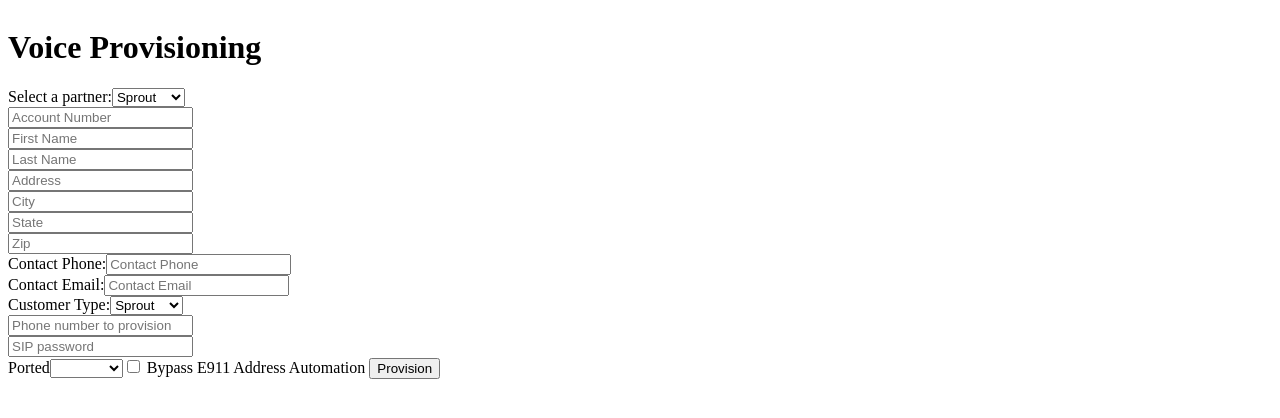
Repository: smallchungus/logiccom
Page: /
An editor plug-in stored every save of this project. The page is shown before and after the next save, followed by the edit.
The browser window is 1280 px wide. The pictures show the whole page.
The project was rebuilt for these pictures with package versions that can differ from the ones it lists, and the page was loaded fresh each time. Also part of the build but not shown: vite.config.ts.

Above is the page before, as saved 2023-05-04 11:13:30.

After the next save:
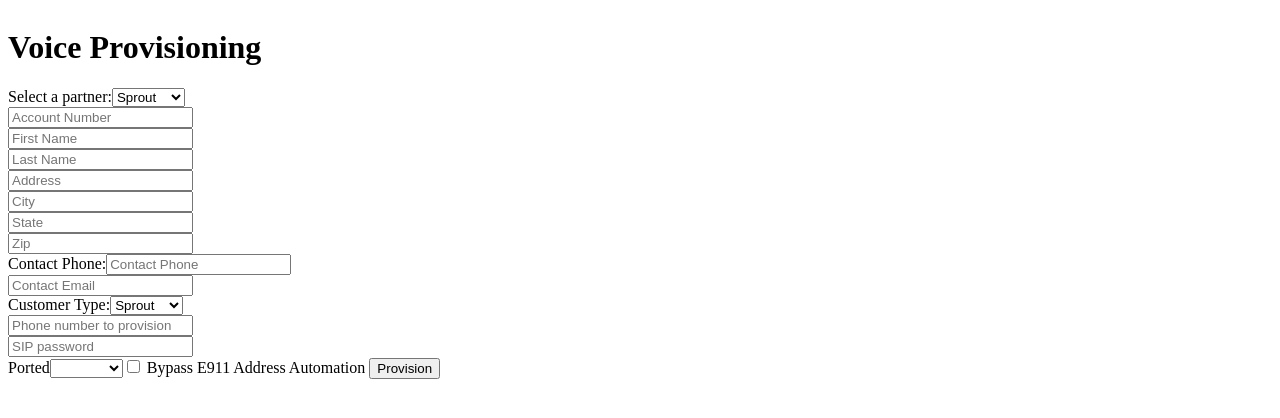
Saved 9 s later.
--- a/src/App.vue
+++ b/src/App.vue
@@ -47,7 +47,6 @@
       </div>
 
       <div class="form-group">
-        <label for="contactEmail">Contact Email:</label>
         <input type="text" id="contactEmail" name="contactEmail" placeholder="Contact Email">
       </div>
 
